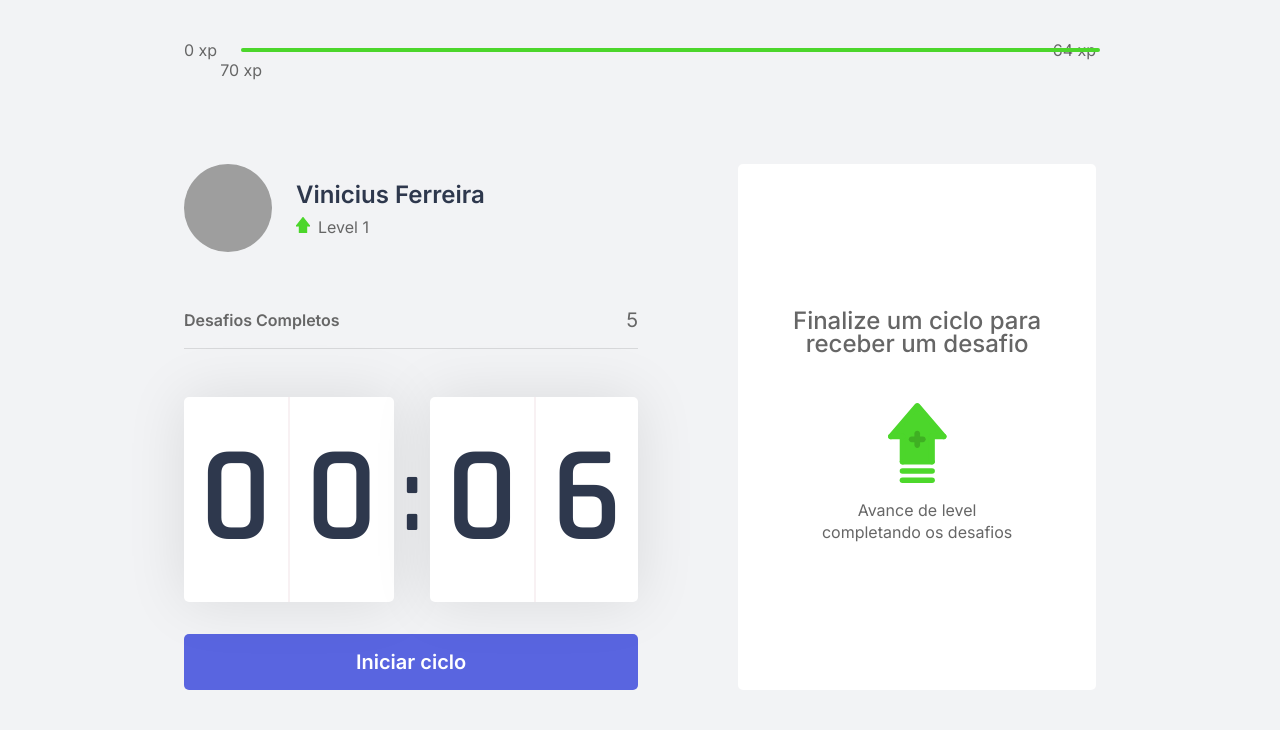
Repository: viniciusfg05/nlwFocus
Page: /
The author's editor kept a copy of each file at every save. The page is drawn from the files as they stood at one save, then again after the next save.
The browser window is 1280 px wide. The pictures show the whole page.
Pictures or frames that could not be fetched are drawn as grey boxes. The project was rebuilt for these pictures with package versions that can differ from the ones it lists, and the page was loaded fresh each time. The framework's server and built-in components were replaced by stand-ins that run in the browser.

Above is the page before, as saved 2022-02-28 15:23:38.

After the next save:
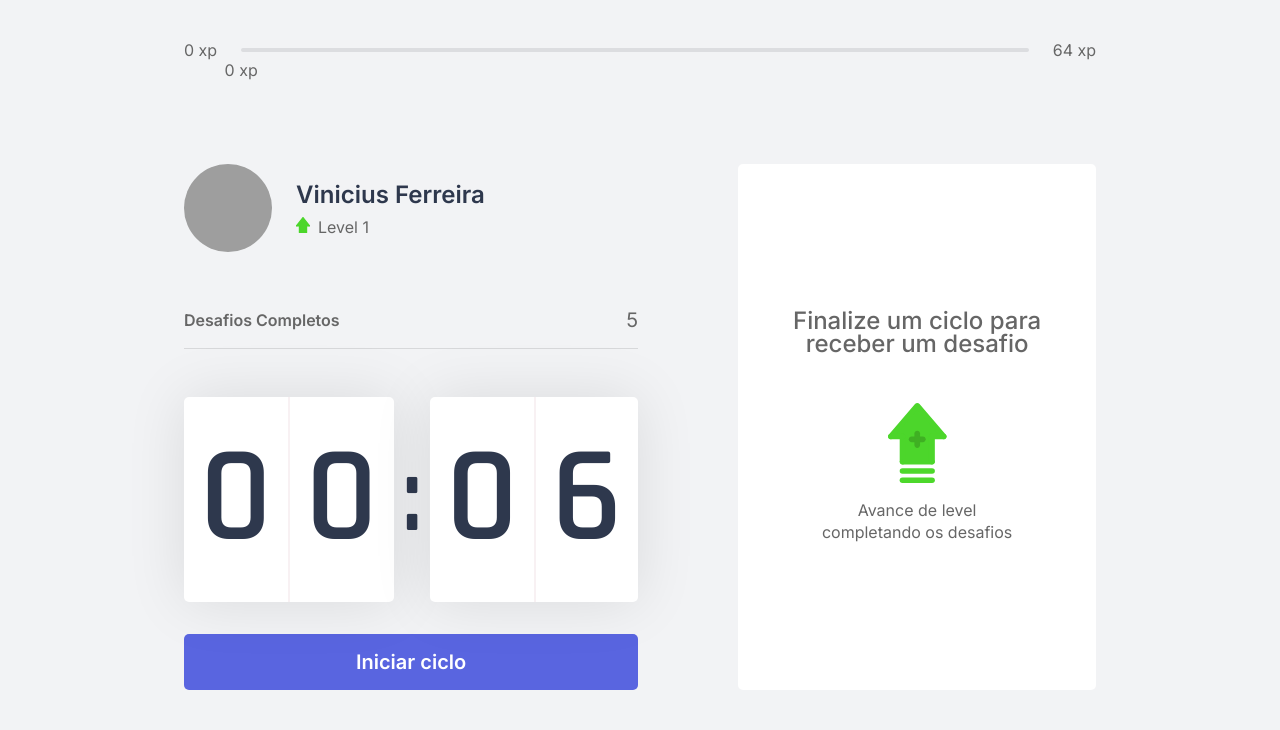
Saved 20 s later.
--- a/src/context/ChallengesContext.tsx
+++ b/src/context/ChallengesContext.tsx
@@ -26,7 +26,7 @@ export const ChallengesContext = createContext({} as ChallengesContextData)
 
 export function ChallegesProvider({children}:ChallengesProviderProps ) {
   const [level, setLevel] = useState(1);
-  const [ currentExperience, setCurrentExperience ] = useState(70)
+  const [ currentExperience, setCurrentExperience ] = useState(0)
   const [ challengeCompleted, setChallengeCompleted ] = useState(0)
 
   const [ activeChallengen, setActiveChallenge ] = useState(null)
